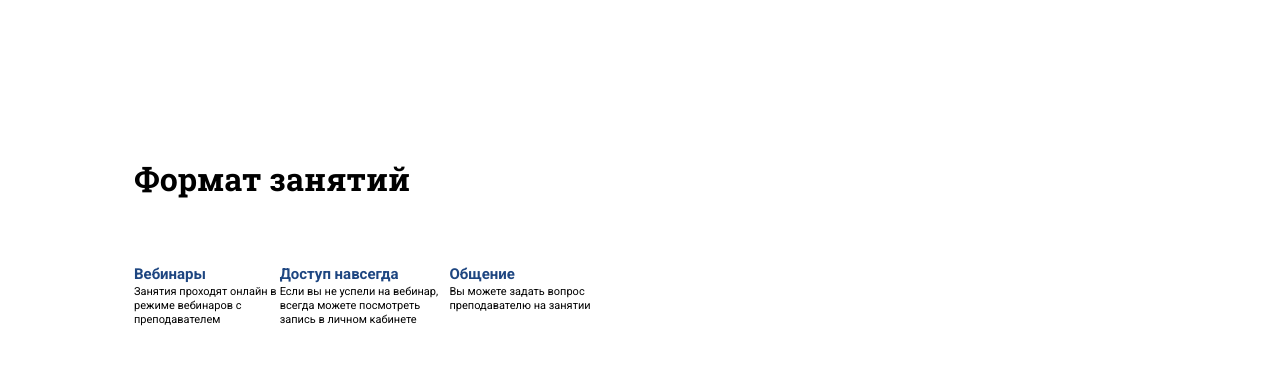
Repository: PoladEziz/Task-4
Page: index.html
The author's editor kept a copy of each file at every save. The page is drawn from the files as they stood at one save, then again after the next save.
The browser window is 1280 px wide. The pictures show the whole page.

Above is the page before, as saved 2023-05-09 17:22:21.

After the next save:
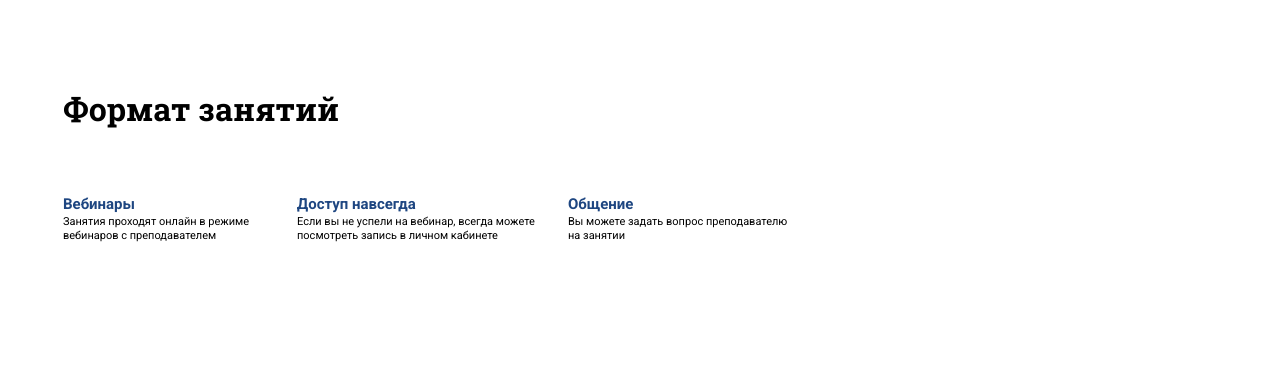
Saved 8 s later.
--- a/index.css
+++ b/index.css
@@ -93,10 +93,10 @@
     padding-right: 480px;
   }
 
-.page-1{
+/* .page-1{
   padding: 70px 199px 127px 71px;
 
-}
+} */
   .main .page-1 h1 {
     font-family: 'Roboto Slab';
     font-style: normal;
